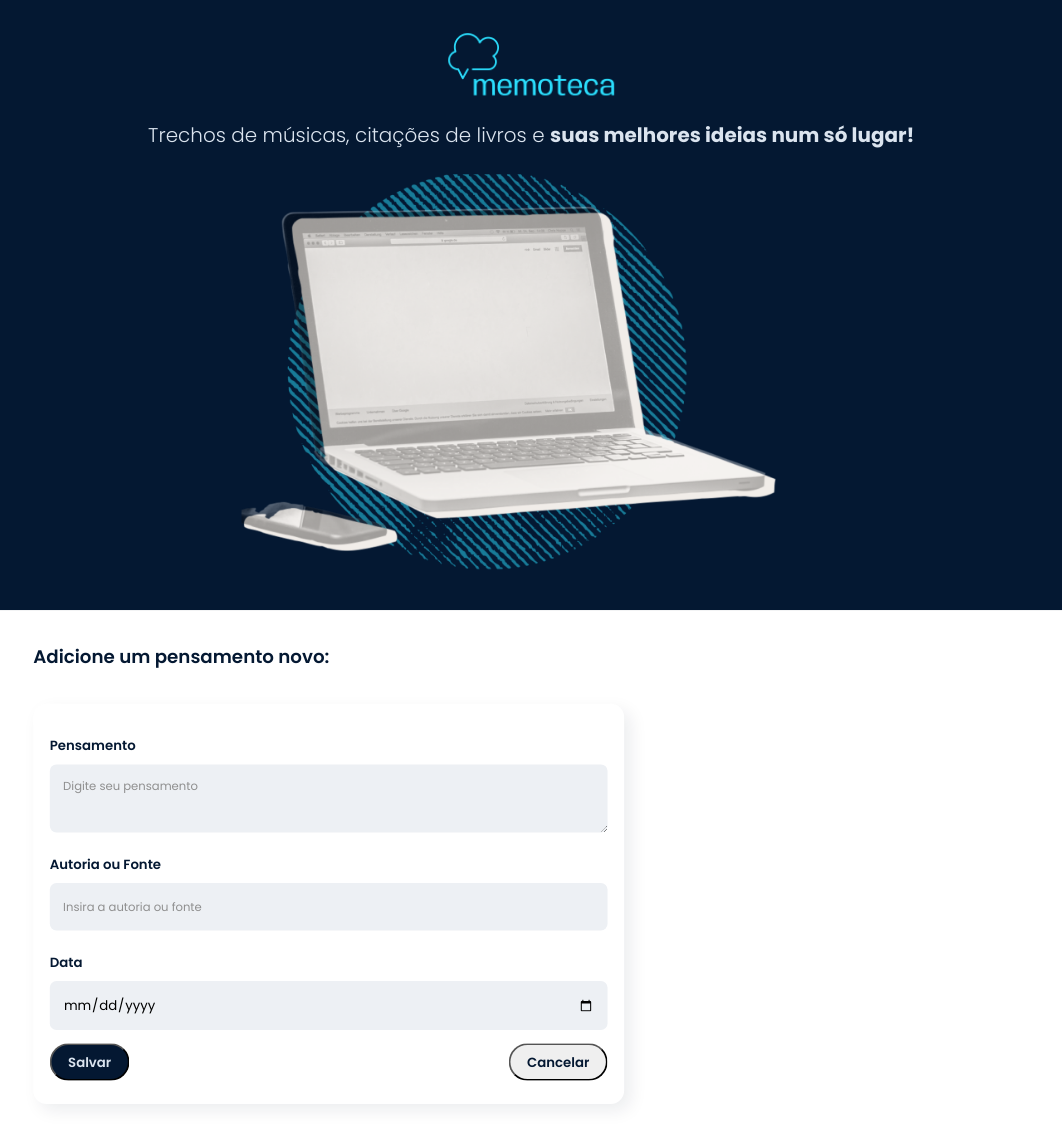
Repository: joaoPraiaJunior/crud_js
Page: index.html
An editor plug-in stored every save of this project. The page is shown before and after the next save, followed by the edit.
The browser window is 1280 px wide. The pictures show the whole page, at 83% of full size.

Above is the page before, as saved 2024-09-26 23:04:42.

After the next save:
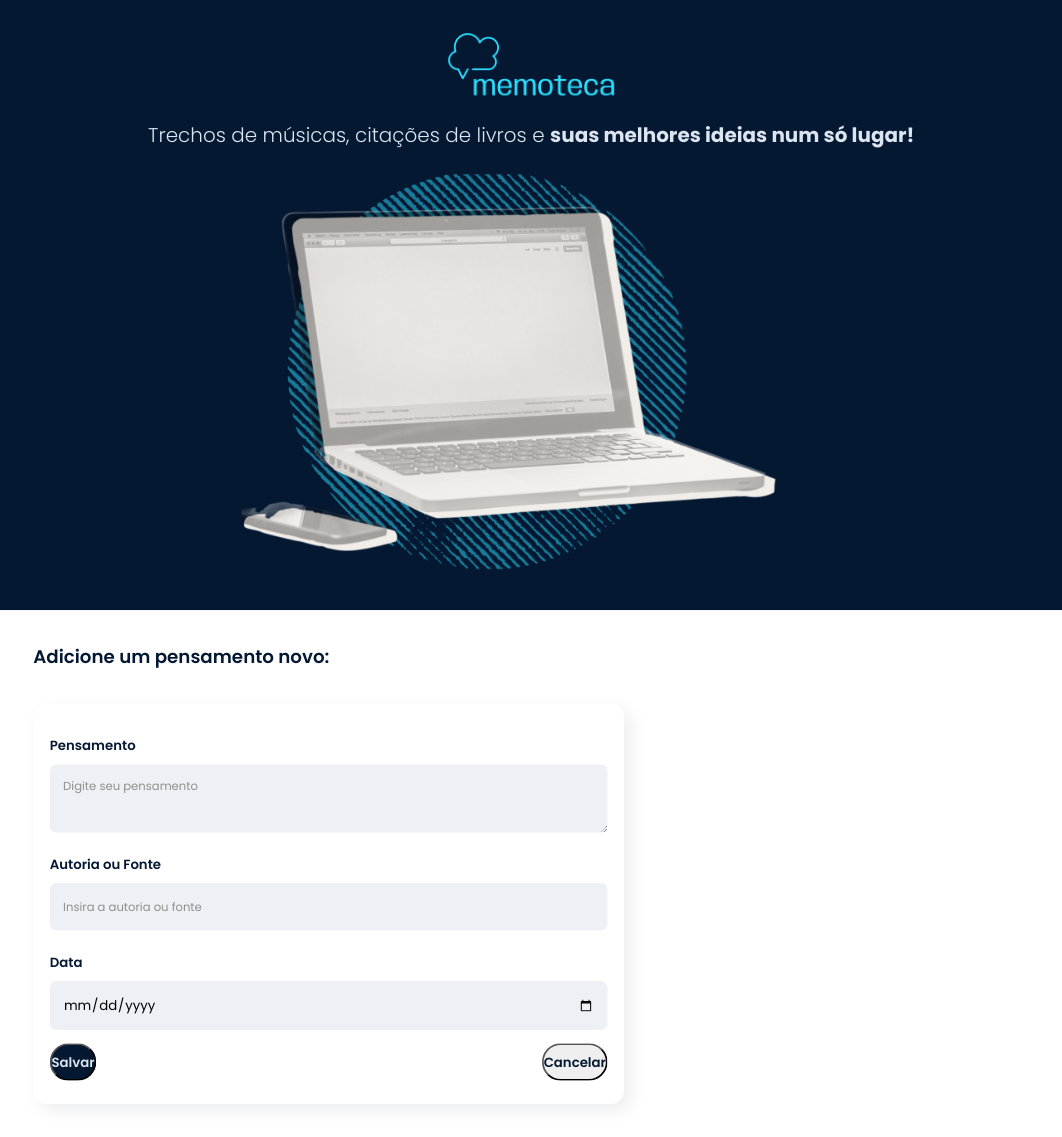
Saved 12 s later.
--- a/css/styles.css
+++ b/css/styles.css
@@ -146,7 +146,7 @@ main {
 	font-family: var(--font-primaria);
 	font-size: 1.6rem;
 	font-weight: 600;
-	padding: 0.8rem 2rem;
+	padding: 0.8rem 0;
 	border-radius: 3.2rem;
 	cursor: pointer;
 }
